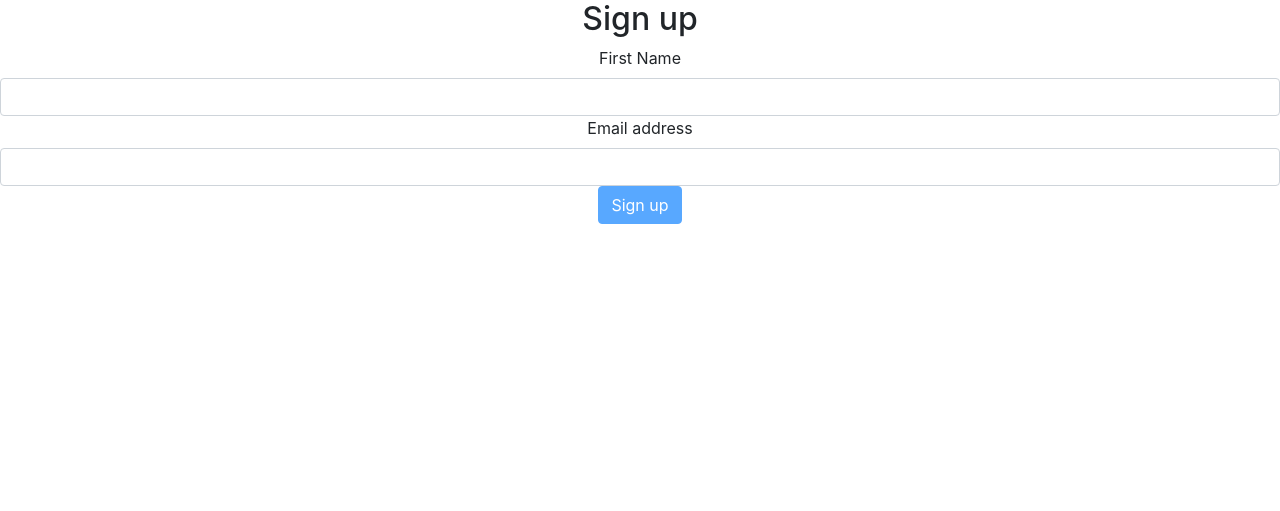
Repository: jklodge/react-form
Page: / (app in adzuna-form/)
An editor plug-in stored every save of this project. The page is shown before and after the next save, followed by the edit.
The browser window is 1280 px wide. The pictures show the whole page.
The project was rebuilt for these pictures with package versions that can differ from the ones it lists, and the page was loaded fresh each time.

Above is the page before, as saved 2020-01-08 22:47:11.

### adzuna-form/src/App.js
import React from "react";
import "bootstrap/dist/css/bootstrap.css";
// import "bootstrap/dist/css/bootstrap-theme.css";
import "./App.css";
import Form from "./Components/Form.js";

function App() {
  return (
    <div className="App">
      <main>
        <Form />
      </main>
    </div>
  );
}

export default App;

### adzuna-form/src/Components/Form.js
import React, { Component } from "react";
import { ErrorValidation } from "./ErrorValidation";
// import "./Form.css";
class Form extends Component {
  state = {
    email: "",
    name: "",
    errorValidation: { email: "", name: "" },
    emailValid: false,
    nameValid: false,
    formValid: false
  };

  handleChange = e => {
    const value = e.target.value;
    const name = e.target.name;
    this.setState(
      {
        ...this.state,
        [e.target.name]: value
      },
      () => {
        this.validateField(name, value);
      }
    );
    console.log(this.state);
  };

  validateField = (fieldName, value) => {
    let fieldValidationErrors = this.state.errorValidation;
    let emailValid = this.state.emailValid;
    let nameValid = this.state.nameValid;

    switch (fieldName) {
      case "email":
        emailValid = value.match(/^([\w.%+-]+)@([\w-]+\.)+([\w]{2,})$/i);
        fieldValidationErrors.email = emailValid ? "" : " is invalid";
        break;
      case "name":
        nameValid = value.length >= 1;
        fieldValidationErrors.name = nameValid ? "" : " is too short";
        break;
      default:
        break;
    }
    this.setState(
      {
        errorValidation: fieldValidationErrors,
        emailValid: emailValid,
        nameValid: nameValid
      },
      this.validateForm
    );
  };

  validateForm = () => {
    this.setState({
      formValid: this.state.emailValid && this.state.nameValid
    });
  };

  errorClass = error => {
    return error.length === 0 ? "" : "has-error";
  };

  render() {
    return (
      <div className="adzuna-form">
        <form className="formContainer">
          <h2>Sign up</h2>
          <div
            className={`form
                 ${this.errorClass(this.state.errorValidation.name)}`}
          >
            <label htmlFor="text">First Name</label>
            <input
              type="text"
              className="form-control"
              name="name"
              value={this.state.name}
              onChange={this.handleChange}
              required
            />
          </div>
          <div
            className={`form
                 ${this.errorClass(this.state.errorValidation.email)}`}
          >
            <label htmlFor="email">Email address</label>
            <input
              type="email"
              className="form-control"
              name="email"
              value={this.state.email}
              onChange={this.handleChange}
              required
            />
          </div>
          <button
            type="submit"
            className="btn btn-primary"
            disabled={!this.state.formValid}
          >
            Sign up
          </button>
        </form>
        <div className="panel panel-default">
          <ErrorValidation errorValidation={this.state.errorValidation} />
        </div>
      </div>
    );
  }
}
export default Form;

### adzuna-form/src/Components/ErrorValidation.js
import React from "react";
export const ErrorValidation = ({ errorValidation }) => (
  <div className="formErrors">
    {Object.keys(errorValidation).map((fieldName, i) => {
      if (errorValidation[fieldName].length > 0) {
        return (
          <p key={i}>
            {fieldName} {errorValidation[fieldName]}
          </p>
        );
      } else {
        return "";
      }
    })}
  </div>
);

### adzuna-form/src/Components/Form.scss
.adzuna-form {
  display: flex;
  justify-content: center;
  align-items: center;
  height: 100vh;
}

Loaded but not shown: adzuna-form/public/index.html (common file); adzuna-form/src/index.js (common file); adzuna-form/src/index.css (common file); adzuna-form/src/serviceWorker.js (common file); adzuna-form/src/App.css (common file)

After the next save:
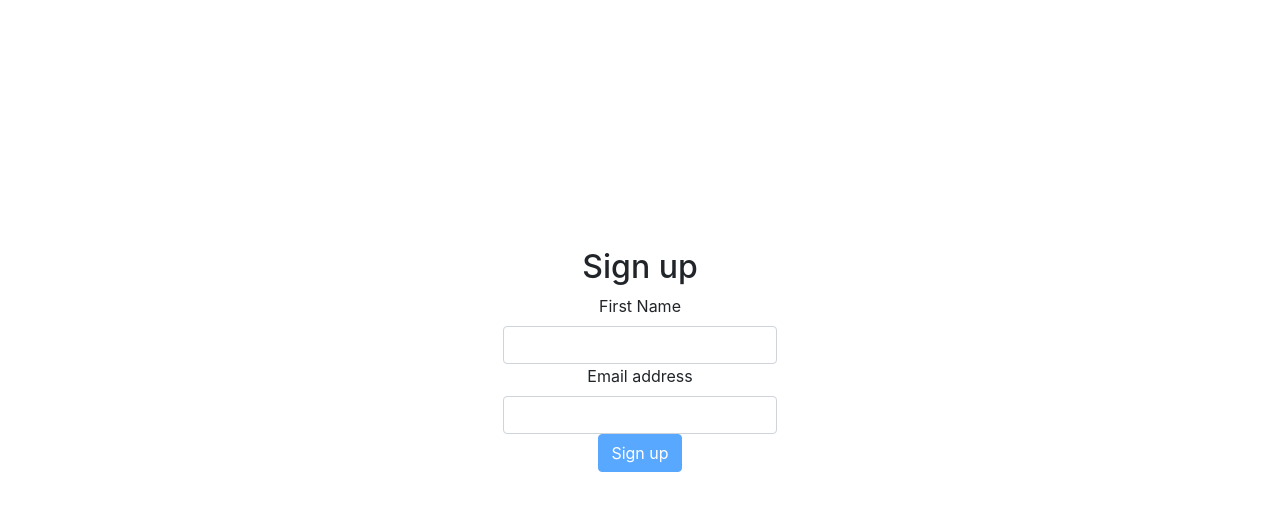
Saved 8 s later.
--- a/adzuna-form/src/Components/Form.js
+++ b/adzuna-form/src/Components/Form.js
@@ -1,6 +1,6 @@
 import React, { Component } from "react";
 import { ErrorValidation } from "./ErrorValidation";
-// import "./Form.css";
+import "./Form.scss";
 class Form extends Component {
   state = {
     email: "",
